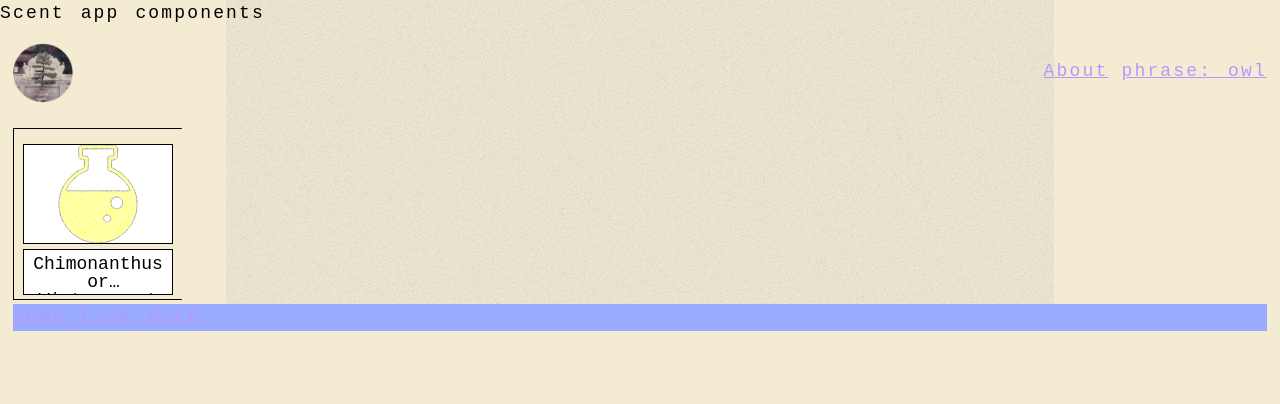
Repository: magiai/scent-app
Page: /
These files come from the project's save history. The page is drawn as it stood at one moment and after the next save; the edit follows.
The browser window is 1280 px wide. The pictures show the whole page.
The project was rebuilt for these pictures with package versions that can differ from the ones it lists, and the page was loaded fresh each time. The framework's server and built-in components were replaced by stand-ins that run in the browser.

Above is the page before, as saved 2022-11-30 11:42:44.

### pages/_app.tsx

import { Provider } from 'react-redux';
import type { AppProps } from 'next/app';
import { store } from '../app/store';
import '../styles/variables.css';
import '../styles/global.css';

function MyApp({ Component, pageProps
}: AppProps) {
    return (
        <Provider store={store}>
            <Component {...pageProps} />
        </Provider>
    )
}

export default MyApp

### pages/_document.js
import { Html, Head, Main, NextScript } from "next/document";

export default function Document() {
    return (
        <Html lang="en">
        <Head>
            <meta charset="utf-8" />
            <meta httpEquiv="X-UA-Compatible" content="IE=edge" />
            <meta name=" theme-color" content="#fff" />
            <meta name="viewport" content="width=device-width, initial-scale=1" />
            <meta name="robots" content="noindex, nofollow" />

            <title key="title">Scent app components</title>
            <link rel="icon" href="/favicon.ico"></link>
            <meta name="description" content="Application description"></meta>

            <noscript>Scent app components</noscript>
        </Head>
        <body>
            <svg
                class="svg__background"
                width='100%'
                height='100%'
                viewBox='0 0 100 100' xmlns='http://www.w3.org/2000/svg'>
                <filter id='noiseFilter' x="-75%" y="-100%" width="250%" height="300%">
                    <feTurbulence
                                type='fractalNoise'
                                baseFrequency='5'
                                numOctaves='10'
                                seed="10"
                                stitchTiles='stitch'/>
                </filter>

                <rect width='100%' height='100%' filter='url(#noiseFilter)'/>
            </svg>
            <Main />
            <NextScript />
        </body>
    </Html>
    )
}

### pages/index.tsx
import Head from 'next/head';
import Layout from '../components/Layout';
import { Scent } from '../components/scent/Scent';

export default function Home() {
  return (
    <Layout>
      <Head>
        <title key="title">Home</title>
      </Head>

      <main>
        <Scent
                // visibleBottle = {true}
                liquidColor="yellow"
                label = "Chimonanthus or Wintersweet" />
      </main>

    </Layout>
  )
}

### app/store.ts
import searchEngineReducer from '../components/search/searchSlice';

import {
    Action,
    configureStore,
    ThunkAction,
  } from '@reduxjs/toolkit';

  export const store = configureStore({
    reducer: {
        searchEngine: searchEngineReducer,
    },
  });

  export type AppDispatch = typeof store.dispatch;
  export type RootState = ReturnType<typeof store.getState>;
  export type AppThunk<ReturnType = void> = ThunkAction<
     ReturnType,
     RootState,
     unknown,
     Action<string>
   >;

### styles/variables.css
:root {
    --font-family--base: 'Courier New', Courier, monospace;;
    --color--white: white;
    --color--black: black;
    --color--transparent: rgba(0, 0, 0, 0);

    --hue--base: 255;
    --saturation--base: 100%;
    --lightness--base: 80%;
    --opacity--base: 1;
    --color--lighten: 5%;
    --color--darken: 10%;
    --color--primary: hsla(var(--hue--base), var(--saturation--base), var(--lightness--base), var(--opacity--base));
    --color--primary--active: hsla(var(--hue--base),
                                    var(--saturation--base),
                                    calc(var(--lightness--base) + var(--color--lighten)),
                                    var(--opacity--base));

    --hue--secondary: 46;
    --saturation--secondary: 61%;
    --lightness--secondary: 89%;
    --color--secondary: hsla(var(--hue--secondary), var(--saturation--secondary), var(--lightness--secondary), var(--opacity--base));
    --color--secondary--active: hsla(var(--hue--secondary),
                                var(--saturation--secondary),
                                calc(var(--lightness--secondary) + var(--color--lighten)),
                                var(--opacity--base));

    --hue--error: 360;
    --hue--success: 130;
    --hue--information: 230;
    --color--disabled: hsla(var(--hue--information), 0, calc(var(--lightness--base) - var(--color--darken)), var(--opacity--base));
    --color--information: hsla(var(--hue--information), var(--saturation--base), var(--lightness--base), var(--opacity--base));
    --color--success: hsla(var(--hue--success), var(--saturation--base), var(--lightness--base), var(--opacity--base));
    --color--error: hsla(var(--hue--error), var(--saturation--base), var(--lightness--base), var(--opacity--base));

    --background-color: var(--color--secondary);

    --spacing__ratio: 1.414;
    --spacing__ratio--desktop: 1.618;
    --space--base: 0.5rem;
    --space--xs: var(--space--base);
    --space--s: calc(var(--space--xs) * var(--spacing__ratio));
    --space--m: calc(var(--space--s) * var(--spacing__ratio));
    --space--l: calc(var(--space--m) * var(--spacing__ratio));
    --space--xl: calc(var(--space--l) * var(--spacing__ratio));

    --font-size__ratio: 1.20;
    --font-size__ratio--desktop: 1.333;
    --font-size--base: 1.8rem;
    --font-size--h4: calc(var(--font-size--base) * var(--font-size__ratio));
    --font-size--h3: calc(var(--font-size--h4) * var(--font-size__ratio));
    --font-size--h2: calc(var(--font-size--h3) * var(--font-size__ratio));
    --font-size--h1: calc(var(--font-size--h2) * var(--font-size__ratio));

    --input__height: 4rem;
    --input__border__width: 0.1rem;
    --input__border__style: solid;
    --input__border__color: var(--color--primary);
    --input__border: var(--input__border__width) var(--input__border__style) var(--input__border__color);
    --form-control__color: var(--color--secondary);
    --select__height: 3.4rem;
    --select--focus__color: var(--color--primary);
    --select__arrow__color: var(--input__border__color);

    --svg__button__width: 15rem;
    --svg__button__height: 10rem;
    --button__border__width: 0.1rem;
    --button--svg__label__height: 4.6rem;
}

@media only screen and (min-width: 768px) {
    :root {
        --font-size__ratio: var(--font-size__ratio--desktop);
        --spacing__ratio: var(--spacing__ratio--desktop);
    }
}

### styles/global.css
html {
    font-size: 62.5%;
}

*,
*:before,
*:after {
    box-sizing: border-box;
}

body {
    font-family: var(--font-family--base);
    font-size: var(--font-size--base);
    line-height: 1.5;
	letter-spacing: 0.12em;
	word-spacing: 0.16em;
    color: var(--color--black);
    background-color: var(--background-color);
    margin: 0;
    position: relative;
}

@media (prefers-reduced-motion: reduce) {
	*,
	*::before,
	*::after {
		animation-duration: 0.01ms !important;
		animation-iteration-count: 1 !important;
		transition-duration: 0.01ms !important;
		scroll-behavior: auto !important;
	}
}

.svg__background {
	position: absolute;
	top: 0;
	left: 0;
	opacity: 0.4;
    z-index: -1;
}

p,
li,
h1, h2, h3, h4, h5 {
  overflow-wrap: break-word;
  hyphens: auto;
  margin-bottom: 0.65em;
}

h1 {
    font-size: var(--font-size--h1);
}

h2 {
    font-size: var(--font-size--h2);
}

h3 {
    font-size: var(--font-size--h3);
}

h4 {
    font-size: var(--font-size--h4);
}

h5 {
    font-size: var(--font-size--h5);
}

a {
    color: var(--color--primary);
    padding-top: var(--space--s);
    padding-bottom: var(--space--s);
}

a:hover, a:active, a:focus {
    color: var(--color--primary--active);
}

button {
    font-size: max(var(--font-size--base), 1em);
    font-family: inherit;
    padding: 0.25em 0.5em;
    background-color: var(--color--secondary);
    border-radius: 0.1rem;
    border: var(--button__border);
    line-height: 1;
}

### components/Layout.tsx
import React from 'react';
import Footer from './Footer';
import Header from './Header';
import styles from './layout.module.css'

export default function Layout({
  children,
  home
}: {
  children: React.ReactNode
  home?: boolean
}) {
    return (
        <div className = {styles.container}>
            <Header/>
            {children}
            <Footer/>
        </div>
    );
}

### components/scent/Scent.tsx
import React from 'react';
import styles from './scent.module.css';

interface ScentProps {
    // visibleBottle: boolean;
    liquidColor: string;
    label: string;
  /**
   * Optional click handler
   */
  onClick?: () => void;
}

export const Scent = ({
    // visibleBottle,
    liquidColor,
    label,
    ...props
}: ScentProps) => {
    //check with useContext
    // const mode: string = visibleBottle ? 'bottle--visible' : 'bottle--hidden';

    return (
    <>
        <button
            type="button"
            className={ styles['button--scent'] }
            {...props}>

            <svg
                className={ styles['svg--bottle'] }
                xmlns="http://www.w3.org/2000/svg"
                version="1.1"
                x="0px"
                y="0px"
                viewBox="0 0 362.664 362.664">

                <filter id='noiseFilter' x="-10%" y="-10%" width="120%" height="120%">
                    <feTurbulence
                        type='fractalNoise'
                        baseFrequency='5'
                        numOctaves='10'
                        seed="10"
                        stitchTiles='stitch'
                    />
                </filter>

                <mask id="gradient-mask">
                    <rect width='100%' height='100%' filter='url(#noiseFilter)'/>
                </mask>

                <path id={ styles['bottle__path'] }
                    fill={ liquidColor }
                    d="M326.197,217.684c0-14.664-2.472-29.243-7.346-43.334l-1.63-4.711h-0.119c-4.807-12.383-11.477-24.266-19.923-35.369     c-16.07-21.126-37.974-38.302-62.301-48.985c-1.015-0.446-3.057-1.059-3.057-4.892l-0.392-25.177h6.549     c8.759,0,15.886-7.126,15.886-15.885V15.886C253.864,7.127,246.738,0,237.978,0H125.686c-8.759,0-15.885,7.127-15.885,15.886     v23.445c0,8.759,7.126,15.885,15.885,15.885h5.625L131.23,80.06c0,3.75-2.221,4.689-3.323,5.172     c-24.308,10.644-46.197,27.762-62.283,48.842c-8.515,11.159-15.232,23.107-20.067,35.564h-0.119l-1.629,4.712     c-4.872,14.089-7.342,28.668-7.342,43.333c0,0.018,0,0.036,0,0.053c0,0.021,0,0.042,0,0.063     c0,79.879,64.986,144.865,144.865,144.865s144.865-64.986,144.865-144.865c0-0.021,0-0.042,0-0.063     C326.197,217.72,326.197,217.702,326.197,217.684z M202.109,272.231c0-7.348,5.957-13.305,13.305-13.305     s13.305,5.957,13.305,13.305s-5.957,13.305-13.305,13.305S202.109,279.579,202.109,272.231z M228.718,213.922     c0-12.15,9.85-22,22-22s22,9.85,22,22s-9.85,22-22,22S228.718,226.072,228.718,213.922z M140.66,95.165     c0,0,4.543-2.022,4.543-7.522c0-9.792,0.127-27.917,0.127-39.166c0-7.5-6.831-7.261-6.831-7.261h-12.813     c-1.022,0-1.885-0.863-1.885-1.885V15.886c0-1.022,0.863-1.886,1.885-1.886h112.292c1.022,0,1.886,0.864,1.886,1.886v23.445     c0,1.022-0.864,1.885-1.886,1.885h-13.146c0,0-7.473,0.552-7.473,8.929c0,10.874,0.592,28.679,0.592,38.241     c0,5.757,4.469,6.934,4.469,6.934c32.593,12.269,59.116,36.124,74.668,64.853c1.679,3.102,4.577,9.466-4.089,9.466h-225.5     c-6.833,0-3.513-6.596-1.764-9.807C81.372,131.122,107.979,107.339,140.66,95.165z"
                    mask='url(#gradient-mask)'></path>
            </svg>

            <span className={ styles['button--svg__label'] }>{ label }</span>
        </button>
    </>
    );
};

### components/search/searchSlice.ts
import {
    createSlice,
    PayloadAction,
  } from '@reduxjs/toolkit';
  import type { RootState } from '../../app/store';

  export type SearchEngineState = {
    value: string;
  };

  const initialState: SearchEngineState = {
    value: 'owl',
  };

  export const searchEngineSlice = createSlice({
    name: 'searchEngine',
    initialState,

    reducers: {

      setSearchedPhrase: (state, action: PayloadAction<string>) => {
        state.value = action.payload;
      },
    },
  });

  export const {
    setSearchedPhrase,
  } = searchEngineSlice.actions;

  export const selectSearch = (state: RootState) => state.searchEngine.value;

  export default searchEngineSlice.reducer;

### components/footer.js
import styles from './footer.module.css';

export default function Footer() {

    return(
        <footer className = {styles.footer}>
            <a
            href="https://vercel.com?utm_source=create-next-app&utm_medium=default-template&utm_campaign=create-next-app"
            target="_blank"
            rel="noopener noreferrer"
            >
            Some Link Here
            </a>
      </footer>
    );
}

### components/Header.tsx
import Link from 'next/link';
import Image from 'next/image';
import styles from './header.module.css';
import { useAppSelector } from '../app/hooks';
import { selectSearch } from './../components/search/searchSlice';

export default function Header() {
    const selectPhrase = useAppSelector(selectSearch);

    return (
        <header className = {styles.header}>
            <nav className = {styles.navigation}>
                <Link href="/">
                    <a>
                        <Image
                            src = "/images/logo.png"
                            height = {60}
                            width = {60}
                            alt = "Logo"
                        />
                    </a>
                </Link>
                <ul className = { styles.navigationList }>
                    <li>
                        <Link href="/about">
                            <a>About</a>
                        </Link>
                    </li>
                    <li>
                        <Link href="/about">
                            <a>phrase: {selectPhrase} </a>
                        </Link>
                    </li>
                </ul>
            </nav>
        </header>
    );
}

### components/layout.module.css
.container {
    padding-left: var(--space--m);
    padding-right: var(--space--m);
}

### components/scent/scent.module.css
/* :root {
    --svg__button__width: 15rem;
    --svg__button__height: 10rem;
    --button__border__width: 0.1rem;
    --button--svg__label__height: 4.6rem;
} */


.svg--bottle,
.button--scent {
    border-top-width: var(--button__border__width);
    border-left-width: var(--button__border__width);
    border-bottom-width: var(--button__border__width);
    border-color: black;
    border-style: solid;
}

.button--scent {
    border-right-width: 0rem;
    color: black;
    transition-property: transform;
    transition-duration: 250ms;
    transition-timing-function: ease-out;
}

.button--scent:active,
.button--scent:focus,
.button--scent:hover {
    background-color: rgba(87, 69, 58, 0.7);
}

.button--scent:active #bottle__path,
.button--scent:focus #bottle__path,
.button--scent:hover #bottle__path {
    transform: rotateZ(20deg) translateX(20%) translateY(-30%);
}

svg.svg--bottle {
    display: flex;
    width: var(--svg__button__width);
    height: var(--svg__button__height);
    margin-top: 1rem;
    background-color: white;
    border-right-width: var(--button__border__width);
}

#bottle__path {
    stroke: black;
    stroke-width: 0.3rem;
}

.button--svg__label {
    border: 1px solid black;
    height: var(--button--svg__label__height);
    width: var(--svg__button__width);
    margin-top: var(--space--xs);
    background-color: white;
    display: -webkit-box;
    -webkit-line-clamp: 2;
    -webkit-box-orient: vertical;
    overflow: hidden;
    padding-top: var(--space--xs);
    padding-bottom: calc(var(--space--xs) / 2);
    /* text-shadow: 0px 0px 0.2rem black, -0.05rem -0.05rem 0.02rem; */
    transition-property: height;
    transition-duration: 200ms;
    transition-timing-function: ease-in;
}

.button--svg__label:hover {
    height: auto;
    min-height: var(--button--svg__label__height);
    overflow: visible;
    -webkit-line-clamp: 5;
}

### components/footer.module.css
.footer {
    background-color: var(--color--information);
}

### components/header.module.css
.header {
    padding-top: var(--space--s);
    padding-bottom: var(--space--s);
}

.navigation {
    width: 100%;
    display: flex;
    flex-direction: row;
    justify-content: space-between;
    align-items: center;
}

.navigationList {
    display: flex;
}

.navigationList li {
    list-style: none;
}

.navigationList li:not(:last-of-type) {
    margin-right: var(--space--m);
}

### app/hooks.ts
import {
    TypedUseSelectorHook,
    useDispatch,
    useSelector,
  } from 'react-redux';
  import type {
    AppDispatch,
    RootState,
  } from './store';

  export const useAppDispatch = () => useDispatch<AppDispatch>();
  export const useAppSelector: TypedUseSelectorHook<RootState> = useSelector;

After the next save:
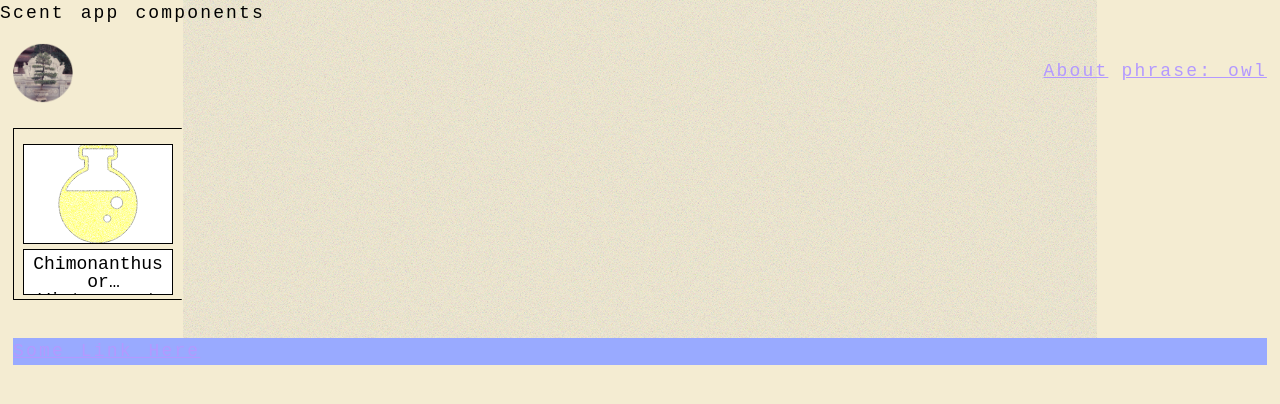
Saved 86 s later.
--- a/components/footer.module.css
+++ b/components/footer.module.css
@@ -1,3 +1,4 @@
 .footer {
+    margin-top: var(--space--xl);
     background-color: var(--color--information);
 }
